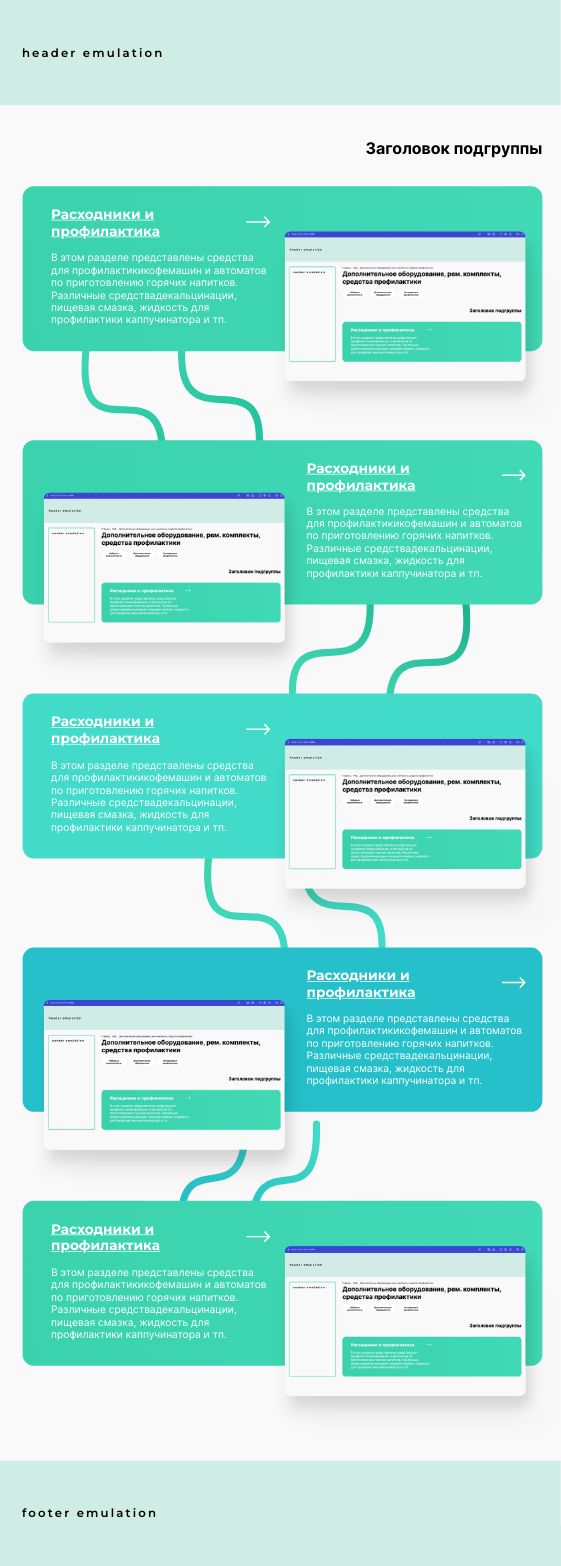
Repository: axonde/venpart-faq-pages
Page: index.html
These files come from the project's save history. The page is drawn as it stood at one moment and after the next save; the edit follows.
The browser window is 768 px wide. The pictures show the whole page, at 73% of full size.

Above is the page before, as saved 2024-02-28 20:11:39.

After the next save:
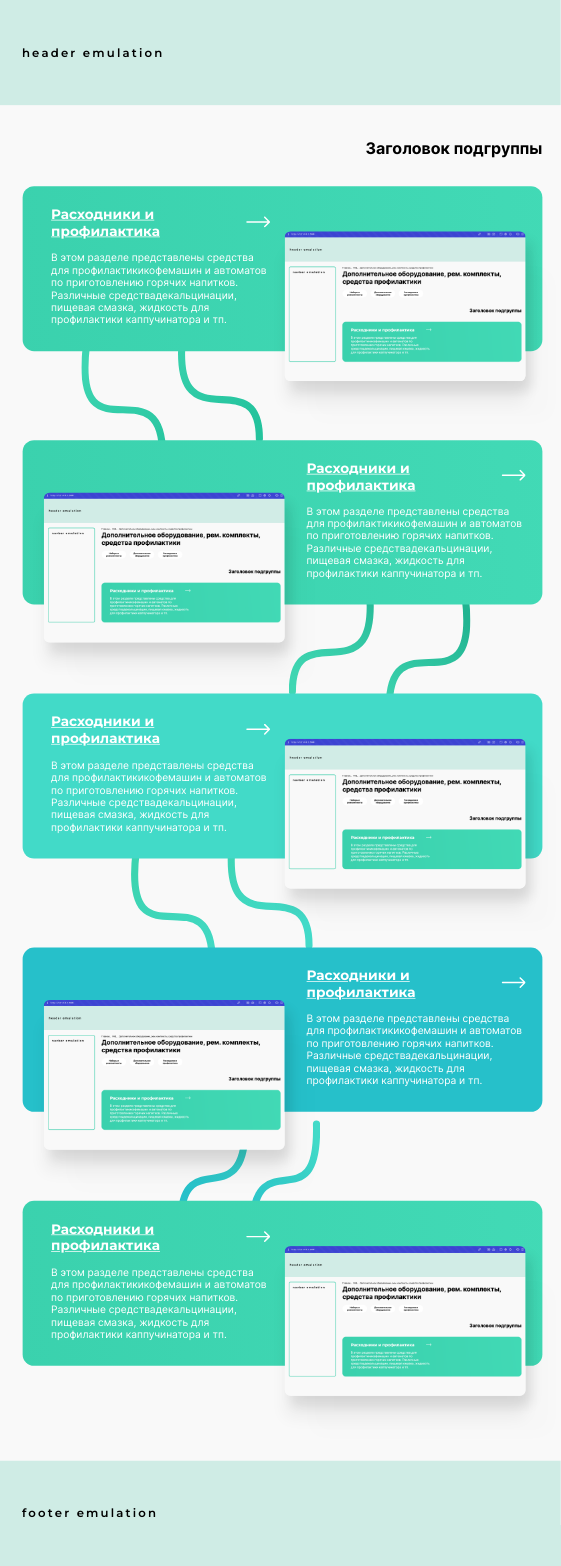
Saved 6 s later.
--- a/style.css
+++ b/style.css
@@ -658,7 +658,7 @@ scrollbar-width: none; /* Firefox */}
 	.faq__item:nth-child(2n)::after {
 		right: 45px;}
 	.faq__item:nth-child(3n)::after {
-		left: 195px;}
+		left: 95px;}
 	.faq__item:nth-child(4n)::after {
 		left: 170px;}
 
